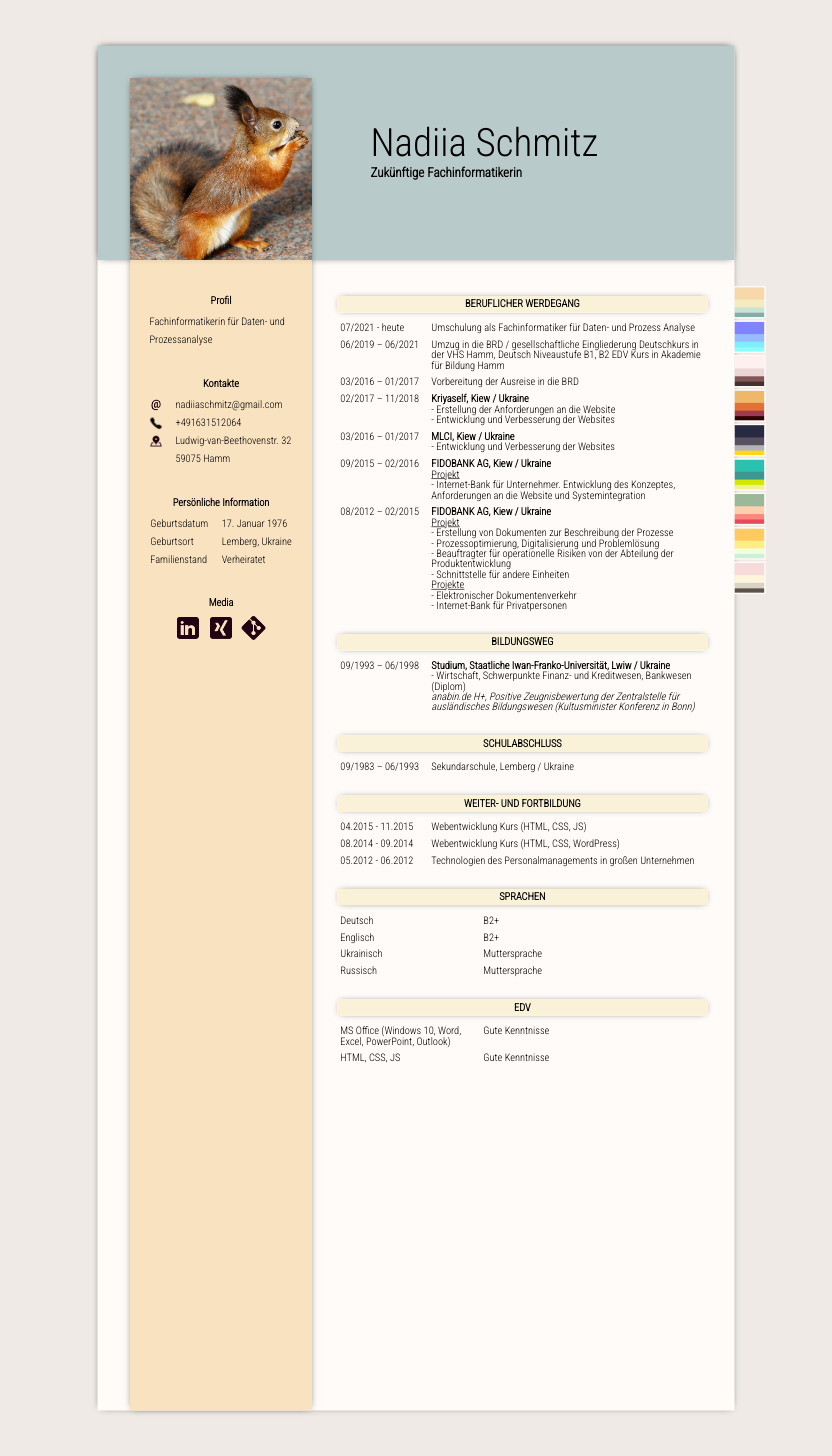
Repository: NadiaSchmitz/lebenslauf.nschmitz.githab.io
Page: index.html
The author's editor kept a record of every edit. The page is drawn from the files as they stood at one moment, then again after the next edit.
The browser window is 1280 px wide. The pictures show the whole page, at 65% of full size.

Above is the page before.

After the next edit:
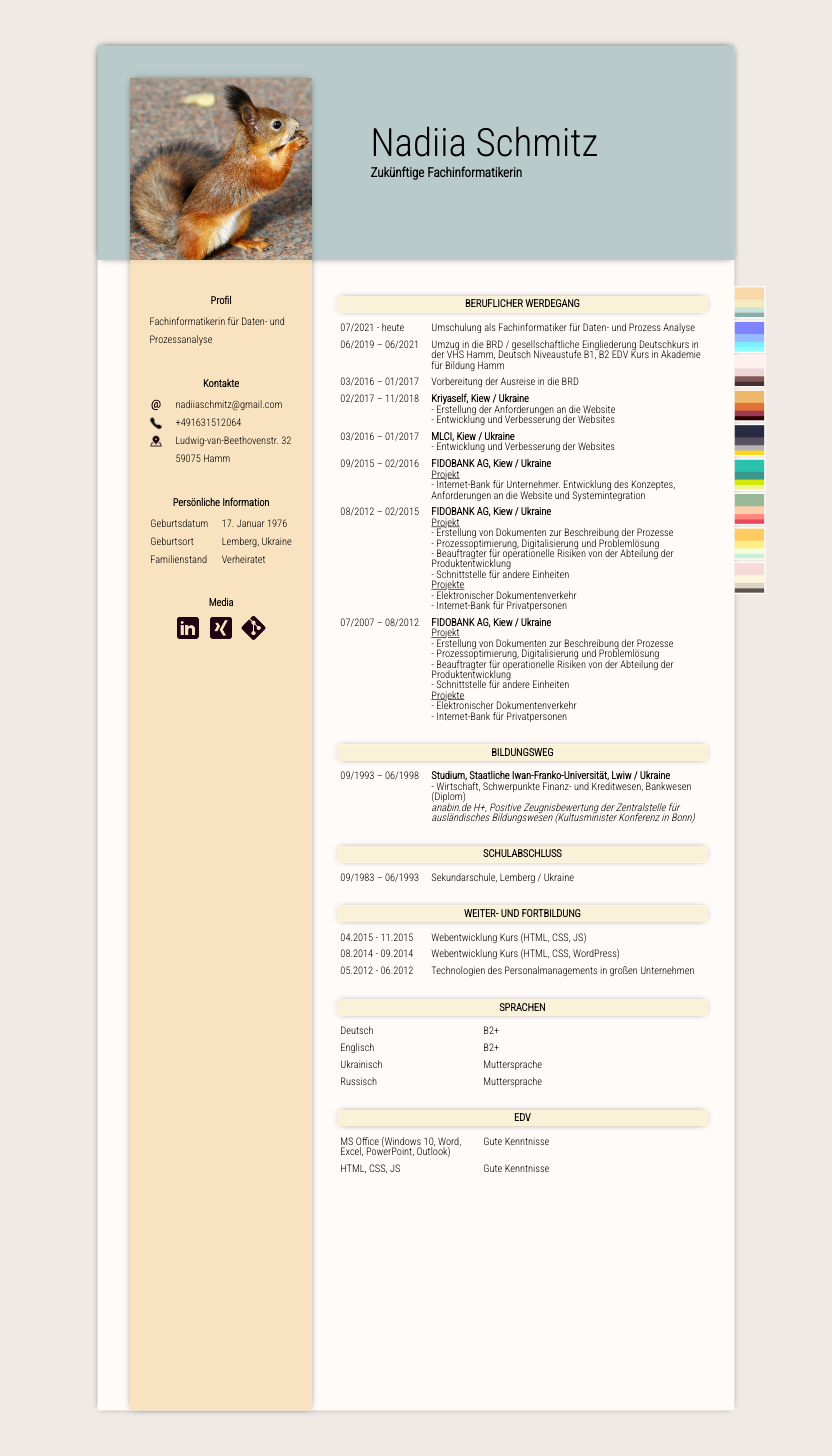
The edit:
--- a/index.html
+++ b/index.html
@@ -164,6 +164,22 @@
                       </ul>
                     </td>
                   </tr>
+                  <tr>
+                    <td>07/2007 – 08/2012</td>
+                    <td>
+                      <span class="employer">FIDOBANK AG, Kiew / Ukraine</span>
+                      <ul>
+                        <span class="project">Projekt</span>
+                        <li>-	Erstellung von Dokumenten zur Beschreibung der Prozesse</li>
+                        <li>-	Prozessoptimierung, Digitalisierung und Problemlösung</li>
+                        <li>-	Beauftragter für operationelle Risiken von der Abteilung der Produktentwicklung </li>
+                        <li>-	Schnittstelle für andere Einheiten</li>
+                        <span class="project">Projekte</span>
+                        <li>-	Elektronischer Dokumentenverkehr</li>
+                        <li>-	Internet-Bank für Privatpersonen</li>
+                      </ul>
+                    </td>
+                  </tr>
                 </table>
               </div>
               <div class="sidebar_right_content_item">
